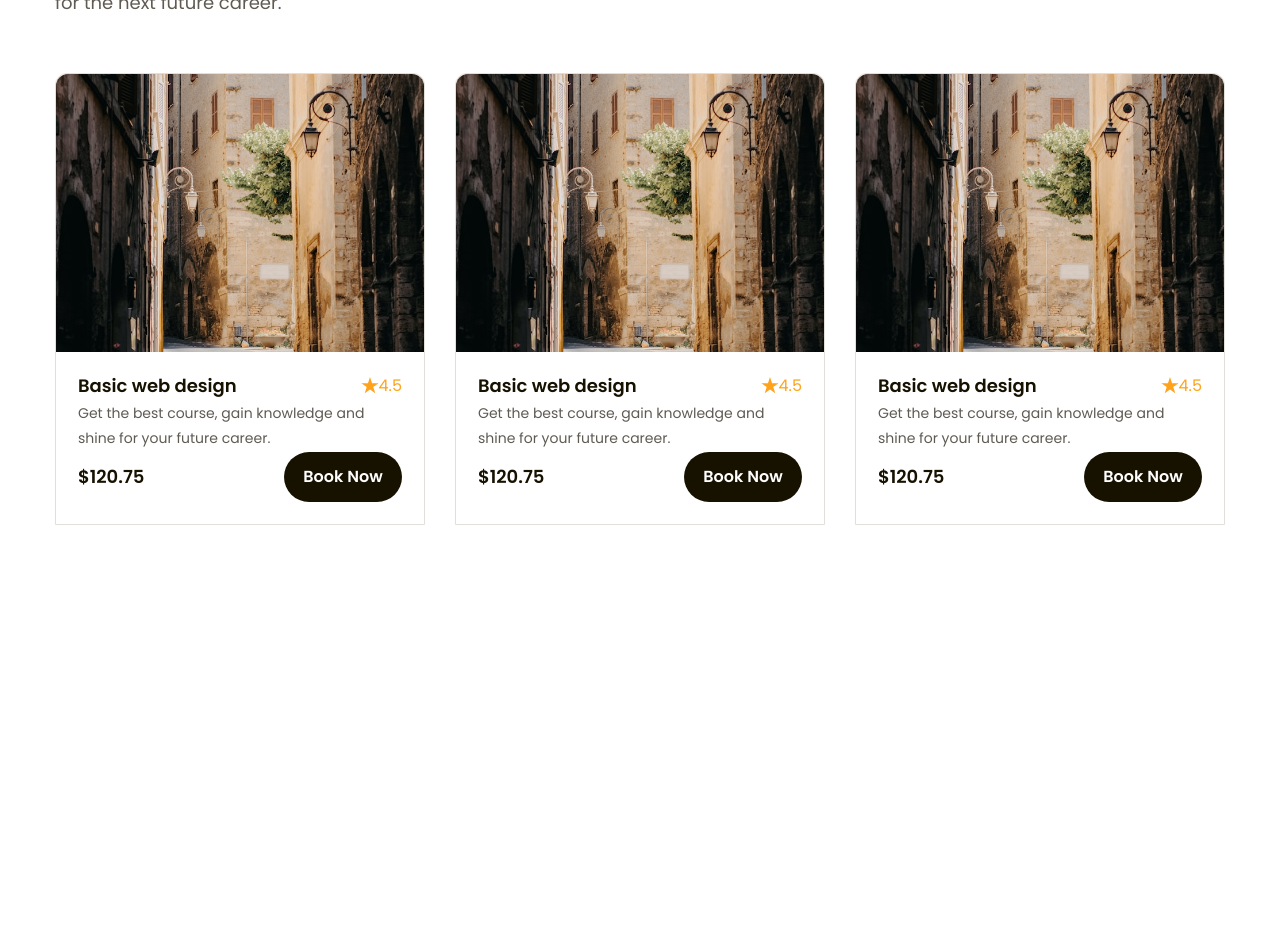
Repository: empty24062002/f8-htmlcss-02-pratice
Page: index.html
These files come from the project's save history. The page is drawn as it stood at one moment and after the next save; the edit follows.
The browser window is 1280 px wide. The pictures show the part of the page from y = 1178 to 2130 px (the page is 5187 px tall).
A picture or video elsewhere on the page could not be fetched, so the positions and the page height are approximate.

Above is the page before, as saved 2023-07-19 08:23:31.

After the next save:
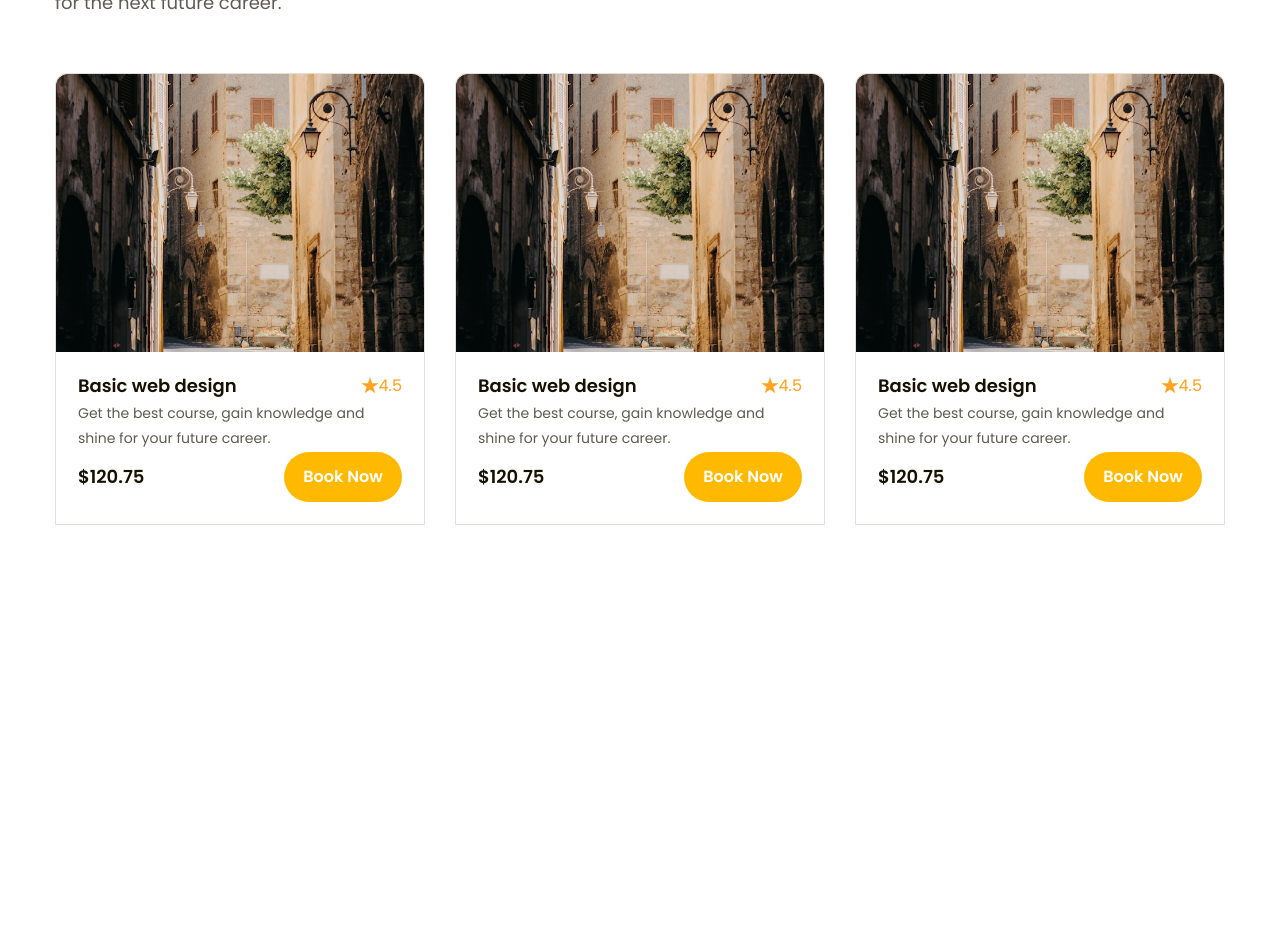
Saved 19 s later.
--- a/assets/css/styles.css
+++ b/assets/css/styles.css
@@ -373,3 +373,7 @@
     font-weight: 600;
     line-height: 1.66;
 }
+
+.popular .course-item .foot a {
+    background-color: var(--primary-color);
+}
